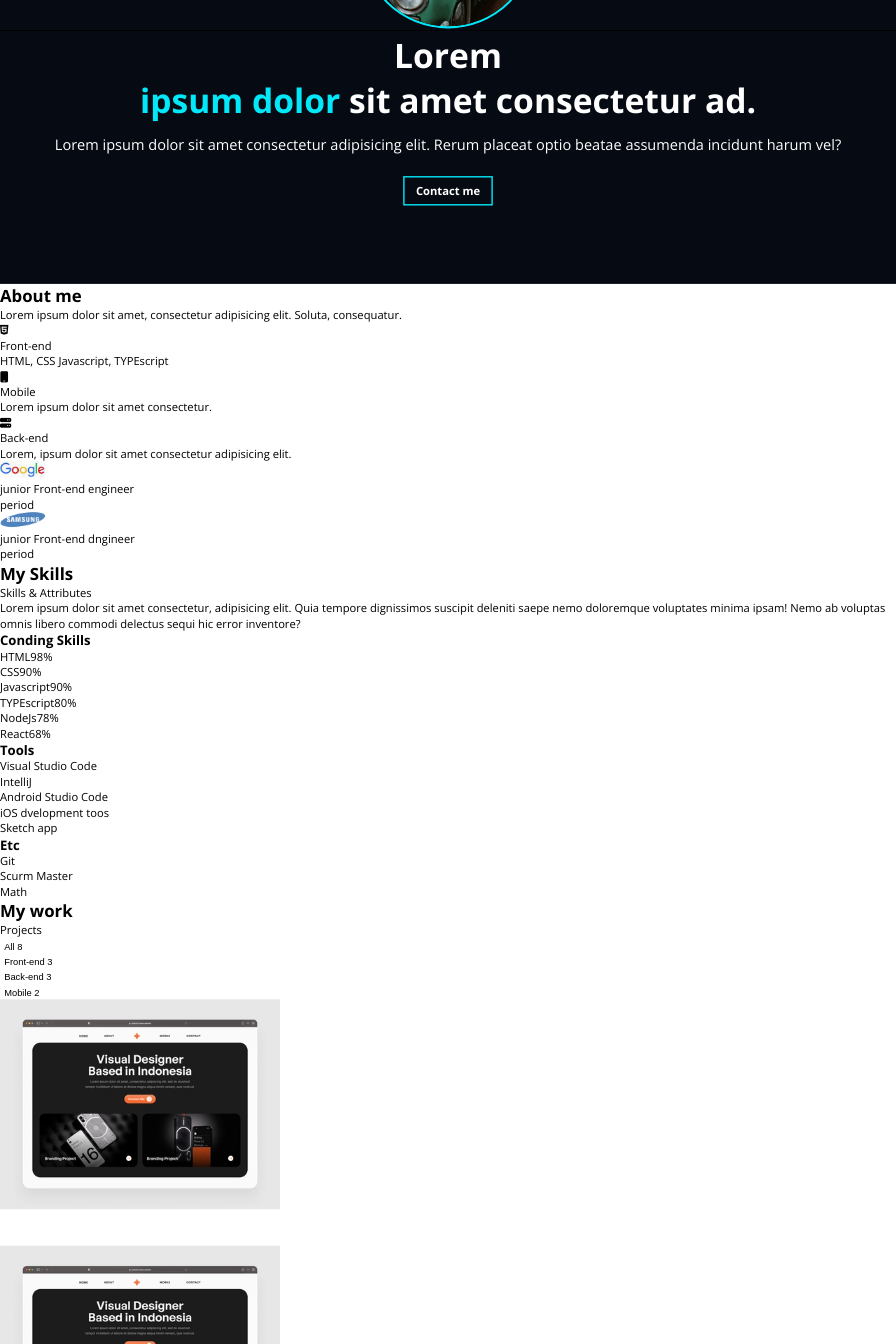
Repository: Arden-Sol/portfolio-website-clone-coding
Page: index.html
An editor plug-in stored every save of this project. The page is shown before and after the next save, followed by the edit.
The browser window is 1280 px wide. The pictures show the part of the page from y = 321 to 2241 px (the page is 5726 px tall before and 5722 px after), at 70% of full size.
The pointer rests on the first visible `.home__contact`.
Some web libraries are served in a nearby version.

Above is the page before, as saved 2024-03-26 18:22:27.

### index.html
<!DOCTYPE html>
<html lang="en">

<head>
  <meta charset="UTF-8">
  <meta name="viewport" content="width=device-width, initial-scale=1.0">
  <!-- SEO -->
  <title>Arden&#39;s portfolio</title>
  <meta name="description" content="포트폴리오 연습장" />
  <meta name="author" content="arden">
  <link rel="shortcut icon" href="image/favicon.jpg" type="image/x-icon">
  <!-- OG (Open Graph Data) -->
  <meta property="og:title" content="포트폴리오">
  <meta property="og:type" content="website">
  <meta property="og:url" content="배포후 생성된 URL">
  <meta property="og:image" content="배포후 생성된 이미지 URL">
  <!-- Goole Font -->
  <link rel="preconnect" href="https://fonts.googleapis.com">
  <link rel="preconnect" href="https://fonts.gstatic.com" crossorigin>
  <link href="https://fonts.googleapis.com/css2?family=Open+Sans:ital,wght@0,300..800;1,300..800&display=swap"
    rel="stylesheet">
  <!-- Font Awesome -->
  <script src="https://kit.fontawesome.com/4dc9c1b526.js" crossorigin="anonymous"></script>
  <!-- CSS -->
  <link rel="stylesheet" href="css/style.css">
  <!-- Javascript -->
  <script src="src/main.js" defer></script>
</head>

<body>
  <!-- Header -->
  <header class="header">
    <div class="header__logo">
      <img class="header__logo__img" src="image/favicon.jpg" alt="">
      <h1 class="header__logo__title"><a href="#">Ellie</a></h1>
    </div>
    <nav>
      <ul class="header__menu">
        <li><a class="header__menu__item active" href="#home">Home</a></li>
        <li><a class="header__menu__item" href="#about">About</a></li>
        <li><a class="header__menu__item" href="#skills">Skills</a></li>
        <li><a class="header__menu__item" href="#work">My work</a></li>
        <li><a class="header__menu__item" href="#testimonial">Testimonials</a></li>
        <li><a class="header__menu__item" href="#contact">Contact</a></li>
      </ul>
    </nav>
  </header>
  <!-- Main -->
  <main>
    <!-- Home -->
    <section id="home">
      <img class="home__avatar" src="image/picture.jpg" alt="picture">
      <h2 class="home__title">Lorem <br> <strong class="home__title--strong">ipsum dolor</strong> sit amet consectetur
        ad.</h2>
      <p class="home__description">Lorem ipsum dolor sit amet consectetur adipisicing elit. Rerum placeat optio beatae
        assumenda incidunt harum
        vel?</p>
      <a class="home__contact" href="#contact">Contact me</a>
    </section>
    <!-- About -->
    <section id="about">
      <h2>About me</h2>
      <p>Lorem ipsum dolor sit amet, consectetur adipisicing elit. Soluta, consequatur.</p>
      <ul>
        <li>
          <i class="fa-brands fa-html5"></i>
          <p>Front-end</p>
          <p>HTML, CSS Javascript, TYPEscript</p>
        </li>
        <li>
          <i class="fa-solid fa-mobile"></i>
          <p>Mobile</p>
          <p>Lorem ipsum dolor sit amet consectetur.</p>
        </li>
        <li>
          <i class="fa-solid fa-server"></i>
          <p>Back-end</p>
          <p>Lorem, ipsum dolor sit amet consectetur adipisicing elit.</p>
        </li>
      </ul>
      <ul>
        <li><img src="image/jobs/google.png" alt="google">
          <div>
            <p>junior Front-end engineer</p>
            <p>period</p>
          </div>
        </li>
        <li><img src="image/jobs/samsung.png" alt="samsung">
          <div>
            <p>
              junior Front-end dngineer
            </p>
            <p>period</p>
          </div>
        </li>
      </ul>
    </section>
    <!-- Skills -->
    <section id=" skills">
      <h2>My Skills</h2>
      <p>Skills & Attributes</p>
      <p>Lorem ipsum dolor sit amet consectetur, adipisicing elit. Quia tempore dignissimos suscipit deleniti saepe nemo
        doloremque voluptates minima ipsam! Nemo ab voluptas omnis libero commodi delectus sequi hic error inventore?
      </p>
      <div>
        <section>
          <h3>Conding Skills</h3>
          <ul>
            <li>
              <div><span>HTML</span><span>98%</span></div>
              <div>
                <div style="width: 98%"></div>
              </div>
            </li>
            <li>
              <div><span>CSS</span><span>90%</span></div>
              <div>
                <div style="width: 98%"></div>
              </div>
            </li>
            <li>
              <div><span>Javascript</span><span>90%</span></div>
              <div>
                <div style="width: 98%"></div>
              </div>
            </li>
            <li>
              <div><span>TYPEscript</span><span>80%</span></div>
              <div>
                <div style="width: 98%"></div>
              </div>
            </li>
            <li>
              <div><span>NodeJs</span><span>78%</span></div>
              <div>
                <div style="width: 98%"></div>
              </div>
            </li>
            <li>
              <div><span>React</span><span>68%</span></div>
              <div>
                <div style="width: 98%"></div>
              </div>
            </li>
          </ul>
        </section>
        <section>
          <h3>Tools</h3>
          <ul>
            <li>Visual Studio Code</li>
            <li>IntelliJ</li>
            <li>Android Studio Code</li>
            <li>iOS dvelopment toos</li>
            <li>Sketch app</li>
          </ul>
        </section>
        <section>
          <h3>Etc</h3>
          <ul>
            <li>Git</li>
            <li>Scurm Master</li>
            <li>Math</li>
          </ul>
        </section>
      </div>
    </section>
    <!-- Work -->
    <section id="work">
      <h2>My work</h2>
      <p>Projects</p>
      <ul>
        <li><button>All <span>8</span></button></li>
        <li><button>Front-end <span>3</span></button></li>
        <li><button>Back-end <span>3</span></button></li>
        <li><button>Mobile <span>2</span></button></li>
      </ul>
      <ul>
        <li>
          <a href="#" target="_blank">
            <img src="image/projects/project1.webp" alt="project8">
            <div>
              <h3>Project #1</h3>
              <p>Clone Coding with HTML, CSS</p>
            </div>
          </a>
        </li>
        <li><a href="#" target="_blank"><img src="image/projects/project1.webp" alt="project1">
            <div>
              <h3>Project #1</h3>
              <p>Clone Coding with HTML, CSS</p>
            </div>
          </a></li>
        <li><a href="#" target="_blank"><img src="image/projects/project2.webp" alt="project2">
            <div>
              <h3>Project #2</h3>
              <p>Clone Coding with HTML, CSS</p>
            </div>
          </a></li>
        <li><a href="#" target="_blank"><img src="image/projects/project3.webp" alt="project3">
            <div>
              <h3>Project #3</h3>
              <p>Clone Coding with HTML, CSS</p>
            </div>
          </a></li>
        <li><a href="#" target="_blank"><img src="image/projects/project4.webp" alt="project4">
            <div>
              <h3>Project #4</h3>
              <p>Clone Coding with HTML, CSS</p>
            </div>
          </a></li>
        <li><a href="#" target="_blank"><img src="image/projects/project5.webp" alt="project5">
            <div>
              <h3>Project #5</h3>
              <p>Clone Coding with HTML, CSS</p>
            </div>
          </a></li>
        <li><a href="#" target="_blank"><img src="image/projects/project6.webp" alt="project6">
            <div>
              <h3>Project #6</h3>
              <p>Clone Coding with HTML, CSS</p>
            </div>
          </a></li>
        <li><a href="#" target="_blank"><img src="image/projects/project7.webp" alt="project7">
            <div>
              <h3>Project #7</h3>
              <p>Clone Coding with HTML, CSS</p>
            </div>
          </a></li>
      </ul>
    </section>
    <!-- Testimonials -->
    <section id="testimonial">
      <h2>Testimonial</h2>
      <p>See what they say about me</p>
      <ul>
        <li><img src="image/testimonials/people1.webp" alt="people1">
          <p>Lorem ipsum dolor sit amet consectetur adipisicing elit. Veniam ab quasi totam excepturi iure enim iusto
            facilis ut odio facere quaerat, sapiente nesciunt eveniet magnam porro, officiis molestiae, et nobis!</p>
          <p><a href="#">James Kim</a> /Google</p>
        </li>
        <li><img src="image/testimonials/people2.webp" alt="people2">
          <div>
            <p>Lorem ipsum dolor sit amet consectetur, adipisicing elit. Deleniti est neque ipsum distinctio accusamus
              expedita molestiae mollitia animi odio quam minus a atque exercitationem quidem nisi, dolores vel quisquam
              ipsa.</p>
            <p><a href="#">Anna Jin /Samsung</a></p>
          </div>
        </li>
        <li>
          <img src="image/testimonials/people3.webp" alt="people3">
          <div>
            <p>Lorem ipsum dolor sit amet consectetur adipisicing elit. Aut rerum quam quae impedit esse atque laborum
              accusantium maxime repudiandae assumenda, perferendis beatae repellat at? Nam, soluta assumenda. Veniam,
              odit possimus?</p>
            <p><a href="#">Anna Jin /Samsung</a></p>
          </div>
        </li>
      </ul>
    </section>
    <!-- Arrow up -->
    <aside>
      <a href="#home" title="back to top">
        <i class="fa-solid fa-arrow-up"></i></a>
    </aside>
  </main>
  <!-- Footer -->
  <footer id="contact">
    <h2>Let&#39;s talk</h2>
    <p>highhigh222@naver.com</p>
    <ul>
      <li>
        <a href="#" title="arden github link" target="_blank">
          <i class="fa-brands fa-github"></i>
        </a>
      </li>
      <li>
        <a href="#" title="arden linkedin link" target="_blank">
          <i class="fa-brands fa-linkedin"></i>
        </a>
      </li>
    </ul>
    <p>Dream Coding ellie - All right reserved</p>
  </footer>


</body>

</html>

### css/style.css
/* Global */
:root {
/* App Colors */
--color-primary: var(--color-black);
--color-primary-variant: var(--color-gray);
--color-accent: var(--color-blue);
--color-accent-variant: var(--color-orange);
--color-text: var(--color-white);

  /* Colors */
--color-white: #ffffff;
--color-black: #050a13;
--color-blue: #03e8f9;
--color-orange: #fd6413;
--color-gray: #1b1e26;
}

*{
  box-sizing: border-box;
}

body {
  margin : 0;
  font-family: 'Open Sans', sans-serif;
}

h1, h2, h3,p,ul {
  margin : 0;

}

ul{
  list-style: none;
  padding: 0;
}
a {
  text-decoration: none;
  color : var(--color-text);
}

button {
  background-color: transparent;
  outline: 0;
  border : 0;
}

button:hover {
  outline: 1px solid var(--color-accent);
}
/* Header */
.header{
  position:fixed;
  top:0;
  width: 100%;
  display: flex;
  justify-content: space-between;
  align-items: center;
  padding: 1rem;
  background-color: black;
}
.header__logo {
  display: flex;
  align-items: center;
  gap:8px;
}
.header__logo__img {
  width: 36px;
  height: 36px;
  border-radius: 100%;
}
.header__logo__title {
  font-size: 1.8rem;
}
.header__menu {
  display: flex;
  gap:4px
}
.header__menu__item {
  padding: 8px 16px;
}
.header__menu__item:hover {
  border-bottom:1px solid var(--color-accent)
}
.header__menu__item.active {
  border:1px solid var(--color-accent);
  border-radius: 4px;
}
/* Home */
#home{
  background-color: var(--color-primary);
  color: var(--color-text);
  padding : 5rem 1rem;
  padding-top: 7rem;
  text-align: center;
}
.home__avatar{
  width: 250px;
  height: 250px;
  object-fit:cover;
  border-radius: 100%;
  border:3px solid var(--color-accent);
}
.home__title {
  font-size: 3rem;
  margin-bottom: 1rem;
}
.home__title--strong{
  color: var(--color-accent);
}
.home__description {
  font-size: 1.3rem;
}
.home__contact{
  display: inline-block;
  background-color: var(--color-accent);
  color:var(--color-black);
  padding : 0.5rem 1rem;
  margin: 2rem;
  font-weight: bold;
}
.home__contact:hover{
  background-color: transparent;
  color: var(--color-text);
  border: 2px solid var(--color-accent);
}

Loaded but not shown: src/main.js (common file)

After the next save:
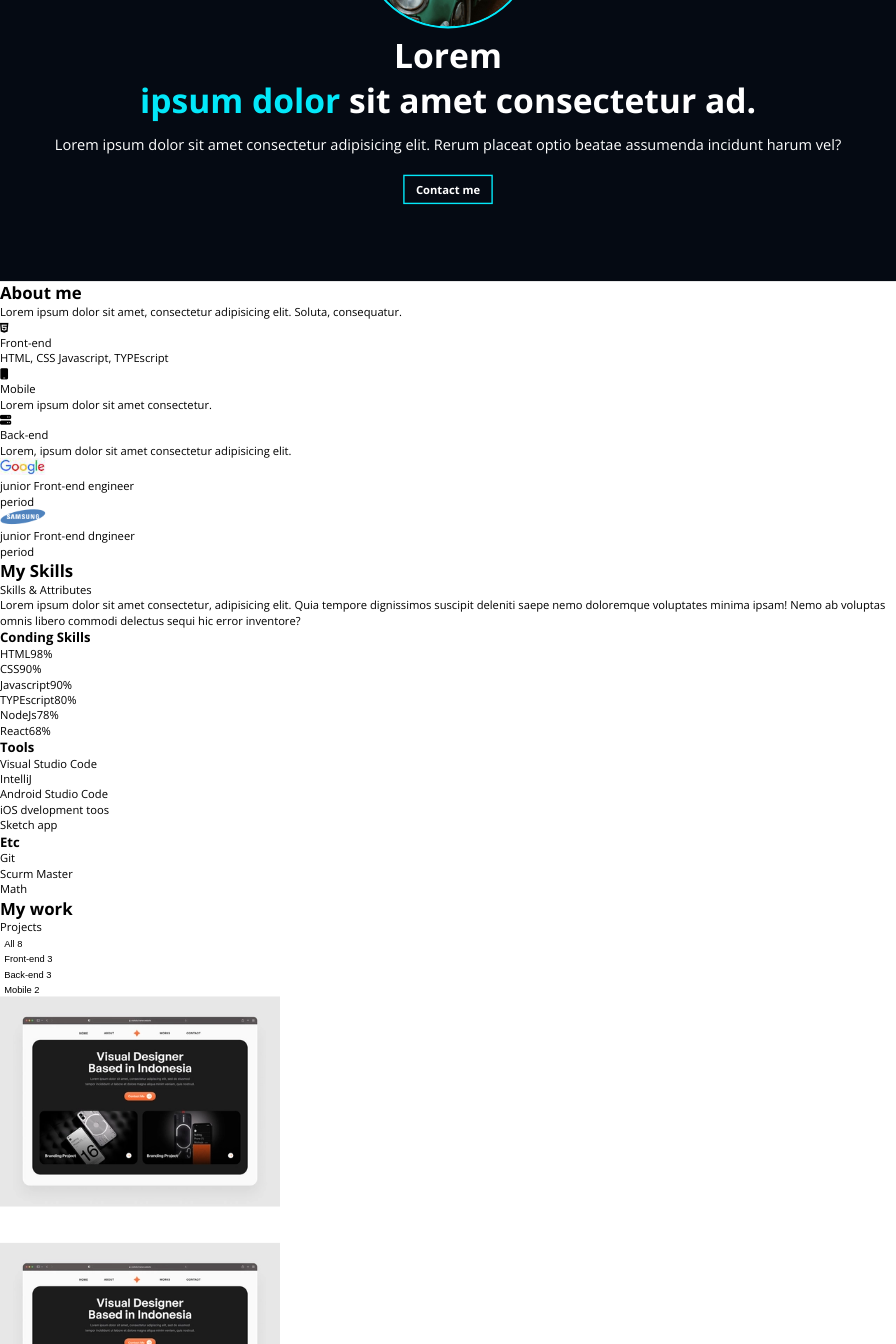
Saved 71 s later.
--- a/css/style.css
+++ b/css/style.css
@@ -121,5 +121,5 @@ button:hover {
 .home__contact:hover{
   background-color: transparent;
   color: var(--color-text);
-  border: 2px solid var(--color-accent);
+  outline: 2px solid var(--color-accent);
 }
